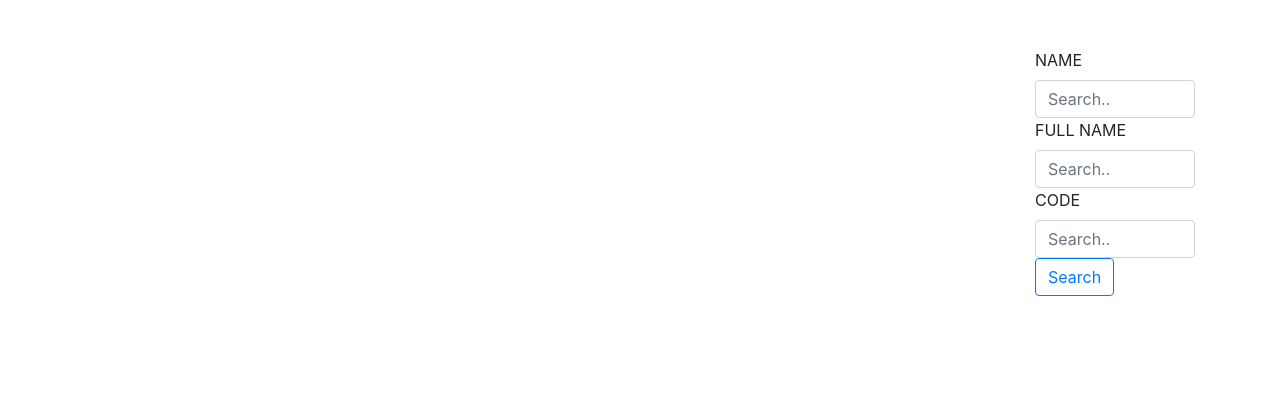
Repository: mdtahsinamin/react-intensip-task
Page: /home
The author's editor kept a copy of each file at every save. The page is drawn from the files as they stood at one save, then again after the next save.
The browser window is 1280 px wide. The pictures show the whole page.
The page's requests for data from a server got no answer. The project was rebuilt for these pictures with package versions that can differ from the ones it lists, and the page was loaded fresh each time. No one was signed in, and anything a server would have sent is missing. Also part of the build but not shown: src/components/Home/Countries.js.

Above is the page before, as saved 2021-01-22 21:05:31.

### src/App.js
import { lazy, Suspense } from "react";
import {
  BrowserRouter as Router,
  Switch,
  Route,
} from "react-router-dom";
function App() {
  return (
    <Suspense fallback={<div>Loading...</div>}>
       <Router>
          <Switch>
              <Route path='/home'
              component={
                 lazy(()=>import("./components/Home/Home"))
              }/>
              <Route exact path='/'
              component={
                 lazy(()=>import("./components/Home/Home"))
              }/>
          </Switch>
      </Router>
    </Suspense>
  );
}

export default App;

### src/components/Home/Home.js
import React, { useEffect } from 'react';
import { useState } from 'react';
import { Button, Col, Container, Row } from 'react-bootstrap';
import Countries from './Countries';
import loader from '../../images/loader.gif';
const Home = () => {
    const [countries,setCountries] = useState([]);
    const [name,setName] = useState('');
    const [filterCountries,setFilterCountries] = useState([]);

    useEffect(() =>{
         fetch(`https://restcountries.eu/rest/v2/all`)
         .then(response => response.json())
         .then(data => setCountries(data))
      },[]);

    useEffect(() =>{
        setFilterCountries(
            countries.filter(country =>
                country.name.toLowerCase().includes(name.toLowerCase())
            )
        )
    },[name,countries])

    return (
        <Container className='py-5'>
           <Row>
               <Col md={10}>
                   <Row>
                      {
                        filterCountries.map((country,index)=> <Countries
                        key={index}
                        country={country}/>)
                      }
                   </Row>
               </Col>
               <Col md={2}>
               <div>
                <label>NAME</label>
                <input
                    type="text"
                    className="form-control "
                    name="name"
                    placeholder="Search.."
                    onChange={(e)=>setName(e.target.value)}
                />
                <label>FULL NAME</label>
                <input
                    type="text"
                    className="form-control "
                    name="fullName"
                    placeholder="Search.."
                    onChange={(e)=>setName(e.target.value)}
                />
                <label>CODE</label>
                <input
                    type="text"
                    className="form-control "
                    name="code"
                    placeholder="Search.."
                    onChange={(e)=>setName(e.target.value)}
                />

                <Button variant="outline-primary">Search</Button>
               </div>
               </Col>
           </Row>
        </Container>
    );
};


export default Home;

/*
 <div className='d-flex justify-content-center align-content-center mb-3'>
                <input
                type="text"
                className="form-control w-25 p-2 mr-2"
                name="search"
                placeholder="Search.."
                onChange={(e)=>setName(e.target.value)}
                />
                <Button variant="outline-primary">Search</Button>
            </div>



*/

Loaded but not shown: public/index.html (common file); src/index.js (common file); src/index.css (common file); src/reportWebVitals.js (common file)

After the next save:
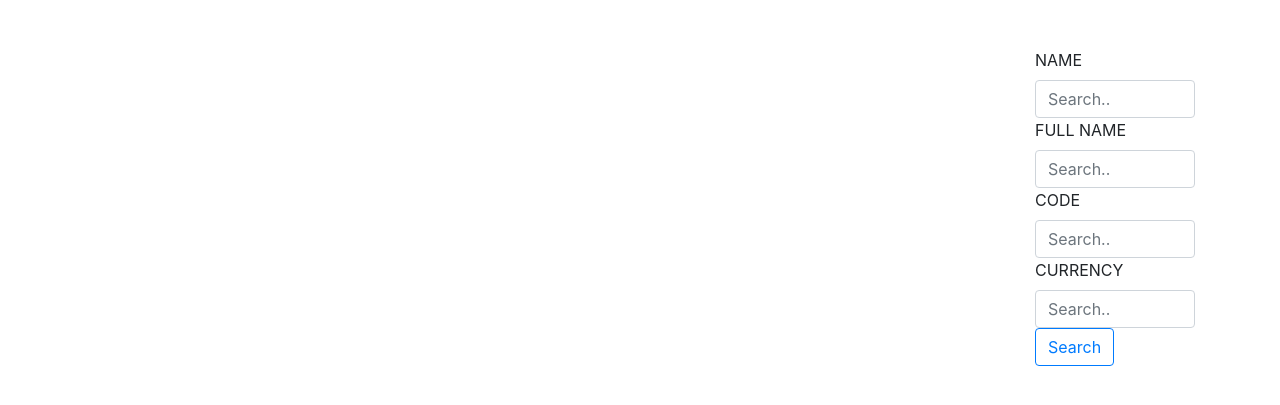
Saved 32 s later.
--- a/src/components/Home/Home.js
+++ b/src/components/Home/Home.js
@@ -60,6 +60,14 @@ const Home = () => {
                     placeholder="Search.."
                     onChange={(e)=>setName(e.target.value)}
                 />
+                <label>CURRENCY</label>
+                <input
+                    type="text"
+                    className="form-control "
+                    name="currency"
+                    placeholder="Search.."
+                    onChange={(e)=>setName(e.target.value)}
+                />
 
                 <Button variant="outline-primary">Search</Button>
                </div>
